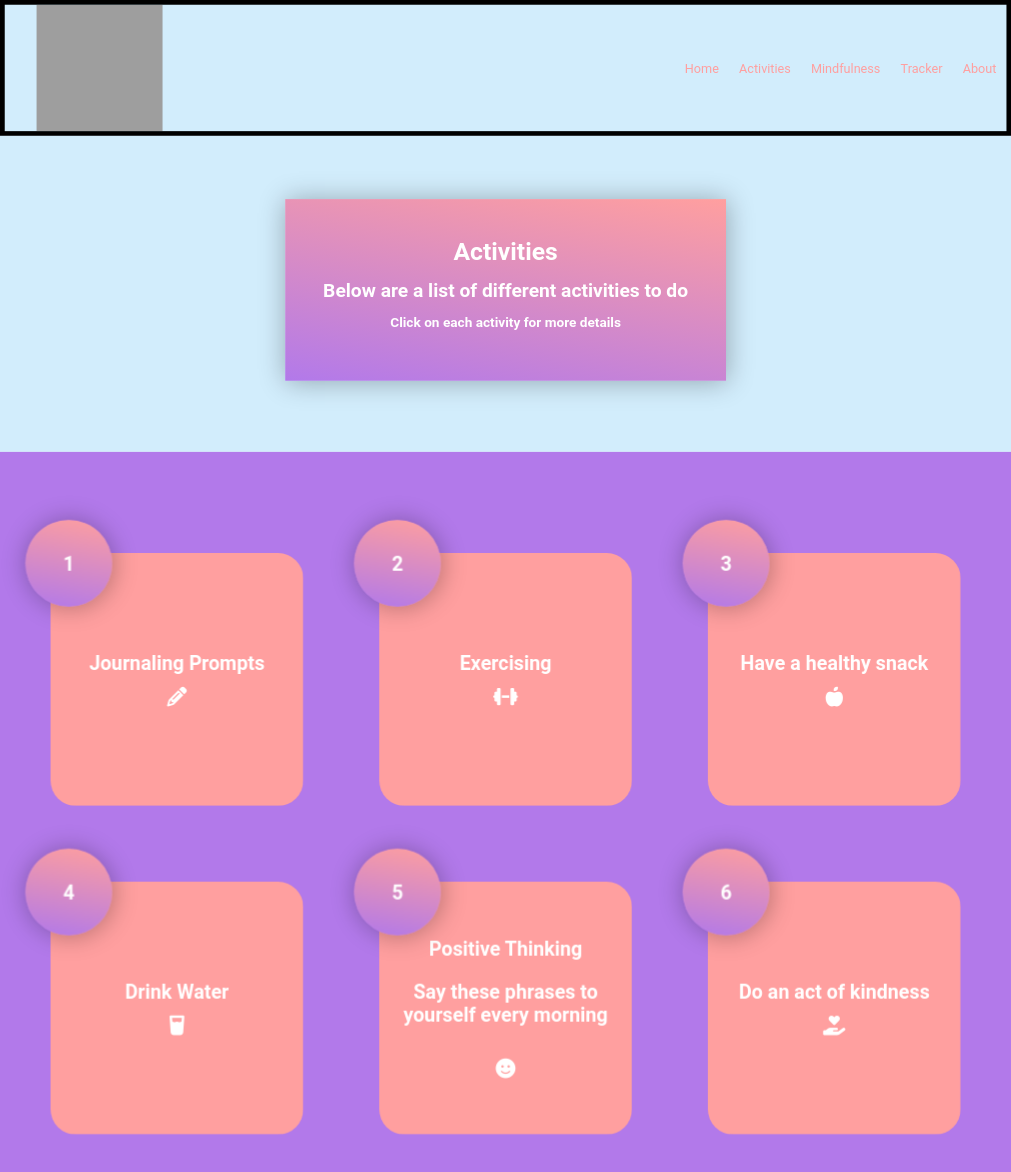
Repository: Nafisa-Huda/HealthierMind
Page: public/activities.html
These files come from the project's save history. The page is drawn as it stood at one moment and after a run of saves; the edit follows.
The browser window is 1280 px wide. The pictures show the whole page, at 79% of full size.
Pictures or frames that could not be fetched are drawn as grey boxes. Some web libraries are served in a nearby version.

Above is the page before, as saved 2022-07-13 15:06:56.

### public/activities.html
<!DOCTYPE html>
<html lang="en">
  <head>
    <meta charset="UTF-8" />
    <meta http-equiv="X-UA-Compatible" content="IE=edge" />
    <meta name="viewport" content="width=device-width, initial-scale=1.0" />
    <title>Activities</title>
    <link rel="stylesheet" href="style.css" />
    <script
      src="https://kit.fontawesome.com/a995213cd6.js"
      crossorigin="anonymous"
    ></script>
  </head>
  <body class="activities">
    <header>
      <div class="container row">
        <img
          class="logo"
          src="https://i.ibb.co/xLGc6jC/Healthy-Mind-logo.png"
          alt="healthy-mind-logo"
        />
        <nav class="nav">
          <li class="nav__item"><a href="index.html" class="nav__link">Home</a></li>
          <li class="nav__item"><a href="activities.html" class="nav__link">Activities</a></li>
          <li class="nav__item"><a href="mindfulness.html" class="nav__link">Mindfulness</a></li>
          <li class="nav__item"><a href="tracker.html" class="nav__link">Tracker</a></li>
          <li class="nav__item"><a href="about.html" class="nav__link">About</a></li>
        </nav>
      </div>
    </header>
    <section class="activities-title">
      <div class="headings-container">
        <h1 class="headings">Activities</h1>
        <h3 class="headings">Below are a list of different activities to do</h3>
        <h5 class="headings">Click on each activity for more details</h5>
      </div>
    </section>

    <div class="activities-container">
      <div class="scene scene-card">
        <div class="card">
          <div class="face front">
            <div class="number">1</div>
            Journaling Prompts <i class="fa-solid fa-pencil"></i>
          </div>
          <div class="face back prompts-back">
            <ul class="ul">
              <li>Describe the happiest day of your life.</li>
              <li>What is one thing you would like to be better at?</li>
              <li>Describe yourself in 10 words.</li>
              <li>What are three things you are grateful for?</li>
              <li>What is the most important lesson you have learned?</li>
            </ul>
          </div>
        </div>
      </div>

      <div class="scene scene-card">
        <div class="card">
          <div class="face front">
            <div class="number">2</div>
            Exercising <i class="fa-solid fa-dumbbell"></i>
          </div>
          <div class="face back">
            <ul class="ul">
              <li>Jump roping</li>
              <li>Jumping Jacks</li>
              <li>Running</li>
              <li>Running in place</li>
              <li>Push-ups</li>
              <li>Sit-ups</li>
              <li>Taking a walk</li>
            </ul>
          </div>
        </div>
      </div>

      <div class="scene scene-card">
        <div class="card">
          <div class="face front">
            <div class="number">3</div>
            Have a healthy snack <i class="fa-solid fa-apple-whole"></i>
          </div>
          <div class="face back">
            <ul class="ul">
              <li>Whole-grain crackers</li>
              <li>Sliced Apples</li>
              <li>Sliced Pears</li>
              <li>Trail Mix</li>
              <li>Berries</li>
              <li>Banana</li>
              <li>Yogurt</li>
              <li>Popcorn</li>
            </ul>
          </div>
        </div>
      </div>

      <div class="scene scene-card">
        <div class="card">
          <div class="face front">
            <div class="number">4</div>
            Drink Water <i class="fa-solid fa-glass-water"></i>
          </div>
          <div class="face back hydrated">
            Not drinking enough water can lead to headaches, sleepiness, and a
            loss of strength, so make sure to drink 5-7 cups of water a day!
          </div>
        </div>
      </div>

      <div class="scene scene-card">
        <div class="card">
          <div class="face front">
            <div class="number">5</div>
            Positive Thinking
            <p>Say these phrases to yourself every morning</p>
            <i class="fa-solid fa-face-smile"></i>
          </div>
          <div class="face back">
            <ul class="ul">
              <li class="li-positive">I am strong</li>
              <li class="li-positive">I am awesome</li>
              <li class="li-positive">I am powerful</li>
              <li class="li-positive">I am smart</li>
              <li class="li-positive">I am brave</li>
              <li class="li-positive">I got this</li>
            </ul>
          </div>
        </div>
      </div>

      <div class="scene scene-card">
        <div class="card">
          <div class="face front">
            <div class="number">6</div>
            Do an act of kindness
            <i class="fa-solid fa-hand-holding-heart"></i>
          </div>
          <div class="face back">
            <ul class="ul">
              <li>Hold the door open for someone</li>
              <li>Give someone a compliment</li>
              <li>Talk to someone new at school</li>
              <li>Do a chore</li>
              <li>Walk your neighbors dog</li>
            </ul>
          </div>
        </div>
      </div>
    </div>
    <script src="/public/main.js"></script>
</body>
</html>

### public/style.css
*,
*::before,
*::after {
  box-sizing: border-box;
}

body {
  margin: 0;
  max-width: 100%;
  font-family: "Roboto", sans-serif;
  font-size: 1.3rem;
}
html {
  scroll-behavior: smooth;
  scroll-padding-top: (--scroll-padding, 100px);
}

/*scrollbar*/
::-webkit-scrollbar {
  width: 0.7em;
}
::-webkit-scrollbar-track {
  background: antiquewhite;
}
::-webkit-scrollbar-thumb {
  background: #ffe170;
}

header{
  background-color: #d2edfc;
  height: 10%;
}
  .containerImg > img {
      width: 80%;
      margin: 5rem 5rem 5rem 5rem ;
      max-height: 100%;
      padding: auto;
  }

/* home page */

.container {
  width: 100vw;
  margin: 0 auto;
  border: 0.4rem solid black;
}
.main {
  height: 100vh;
}

.hero {
  display: flex;
  background-color: #d2edfc;
}
.hero h1 {
  font-family: caveat brush;
  text-align: center;
  margin-top: 0%;
  font-size: 3em;
}

.hero p {
  padding: 0 0.5em;
  margin-top: 0;
  text-align: center;
}

  .hero__text{
    width: 50%;
    margin: 8rem 0 4rem 2rem;
    display: flex;
    flex-direction: column;
    align-items: center;
    justify-content: flex-start;
  }

.row {
  display: flex;
  justify-content: space-between;
  align-items: center;
  width: 100%;
}

.logo {
  width: 10rem;
  height: 10rem;
  margin-left: 2.5rem;
  margin-right: 3.5rem;
}

.nav {
    display: flex;
    justify-content: space-between;
    align-items: center;
    max-width: 100%;
}

.nav__list {
  margin: 0;
  list-style: none;
  display: flex;
  align-items: center;

  font-size: 2rem;
}

.nav__item {
  display: flex;
  flex-direction: row;
  padding: 0.8rem;
  /* padding-right: 9rem; */
}
.nav__link {
  text-decoration: none;
  font-size: initial;
  color: #FF9F9F;
}

.nav__link--button {
  padding: 0.25em 1em;
}

.nav__link:hover {
  opacity: 0.75;
}


/* activities page */

.activities-title {
  display: flex;
  flex-direction: column;
  align-items: center;
  height: 25rem;
  padding-top: 5rem;
  background: #d2edfc;
}

.headings-container {
  display: flex;
  padding: 3rem;
  background: linear-gradient(10deg, #b279ea, #ff9f9f);
  flex-direction: column;
  align-items: center;
  border: solid 0px white;
  box-shadow: black 6px;
  box-shadow: 1px 1px 2rem rgb(0 0 0 / 30%);
}

.headings {
  margin-top: 0;
  margin-bottom: 1rem;
  color: #fff;
}

.activities-container {
  display: flex;
  flex-wrap: wrap;
  justify-content: center;
  background-color: #b279ea;
  padding-top: 5rem;
}

span {
  content: "\2192";
  font-size: xxx-large;
}

.number {
  height: 110px;
  width: 110px;
  background: linear-gradient(10deg, #b279ea, #ff9f9f);
  box-shadow: 1px 1px 2rem rgb(0 0 0 / 30%);
  border-radius: 100%;
  position: absolute;
  left: -10%;
  top: -13%;
  display: flex;
  align-items: center;
  justify-content: center;
}

.scene {
  width: 20rem;
  height: 20rem;
  margin: 3rem;
  perspective: 600px;
}

.card {
  width: 100%;
  height: 100%;
  cursor: pointer;
  transform-style: preserve-3d;
  transform-origin: center right;
  transition: transform 1s;
}

.card.is-flipped {
  transform: translateX(-100%) rotateY(-180deg);
}

.face {
  position: absolute;
  width: 100%;
  height: 100%;
  display: flex;
  justify-content: center;
  align-items: center;
  color: #fff;
  text-align: center;
  font-weight: bold;
  font-size: larger;
  backface-visibility: hidden;
}

.front {
  background-color: #ff9f9f;
  border-radius: 2rem;
  display: flex;
  flex-direction: column;
  padding: 1rem;
}

.back {
  background-color: #ff9f9f;
  transform: rotateY(180deg);
  font-size: larger;
  border-radius: 2rem;
  line-height: 2.3rem;
  display: flex;
  justify-content: flex-start;
  align-items: center;
}

.ul {
  padding: 3rem;
  font-size: large;
  text-align: left;
}

.hydrated {
  font-size: larger;
  padding: 1rem;
}

.prompts-back {
  line-height: 1.7rem;
  display: flex;
  justify-content: flex-start;
  align-items: center;
}

.fa-solid {
  padding-top: 1rem;
  font-family: "Font Awesome 6 Free";
}

### public/main.js
const cards = document.querySelectorAll('.card');
[...cards].forEach((card)=>{
    card.addEventListener('click', () =>{
        card.classList.toggle('is-flipped')
    })
});

After the next 2 saves:
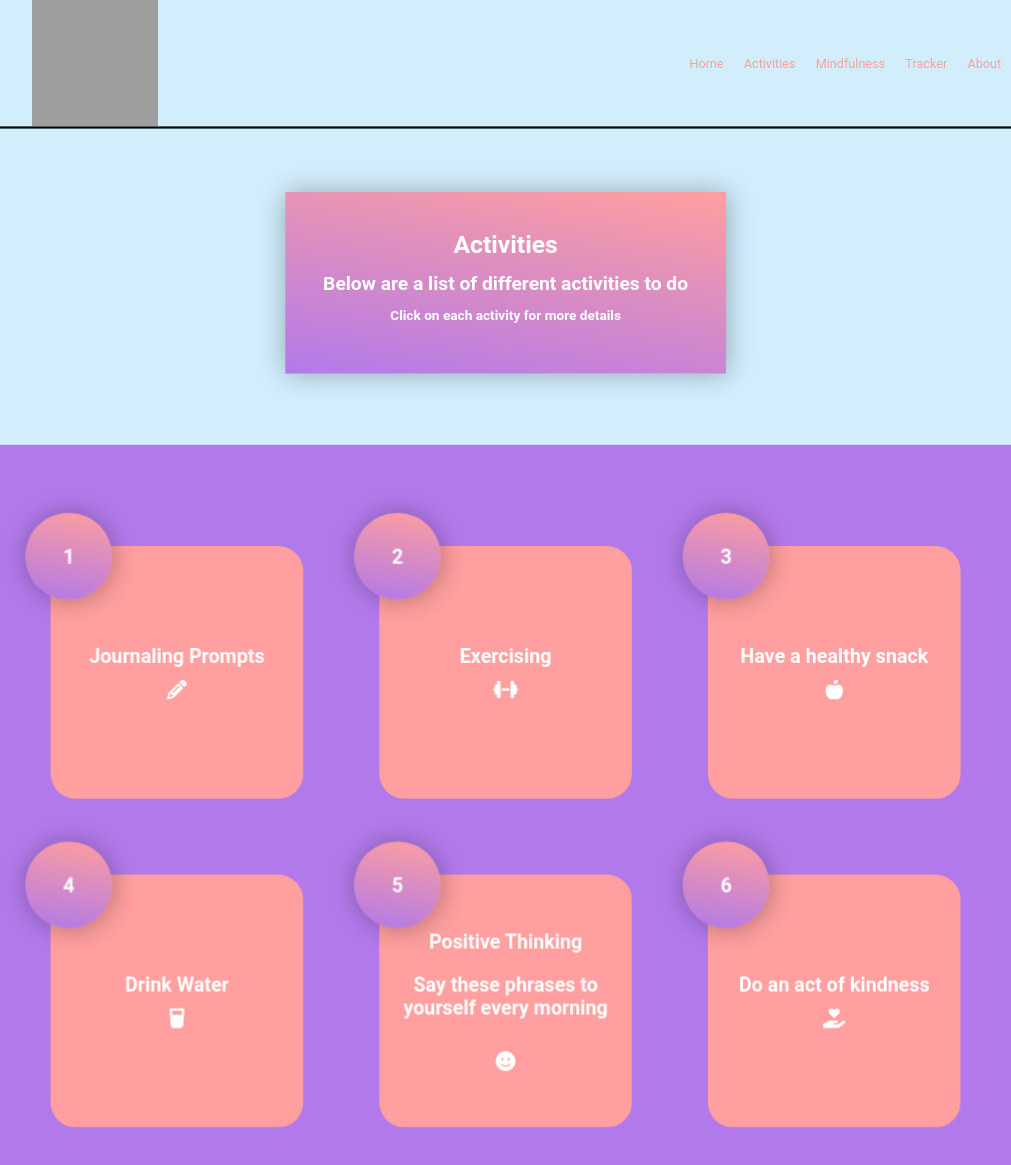
The 2 saves are shown as one change because they came seconds apart.
The last was saved 15 s later.
--- a/public/style.css
+++ b/public/style.css
@@ -42,7 +42,7 @@ header{
 .container {
   width: 100vw;
   margin: 0 auto;
-  border: 0.4rem solid black;
+  border-bottom: 0.2rem solid black;
 }
 .main {
   height: 100vh;
